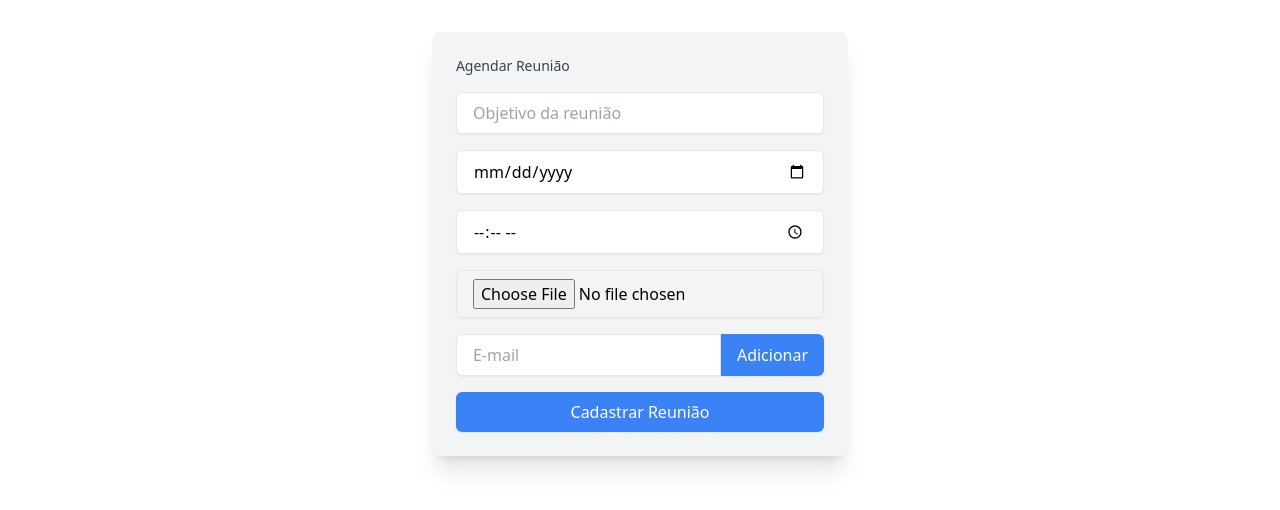
Repository: TamiBeira/meeting
Page: /
The author's editor kept a copy of each file at every save. The page is drawn from the files as they stood at one save, then again after a run of saves.
The browser window is 1280 px wide. The pictures show the whole page.
The project was rebuilt for these pictures with package versions that can differ from the ones it lists, and the page was loaded fresh each time. A package was used in the major version that the imports need, not the one package.json lists. Also part of the build but not shown: vite.config.ts, src/components/MeetingsView.tsx.

Above is the page before, as saved 2024-02-26 19:06:07.

After the next 3 saves:
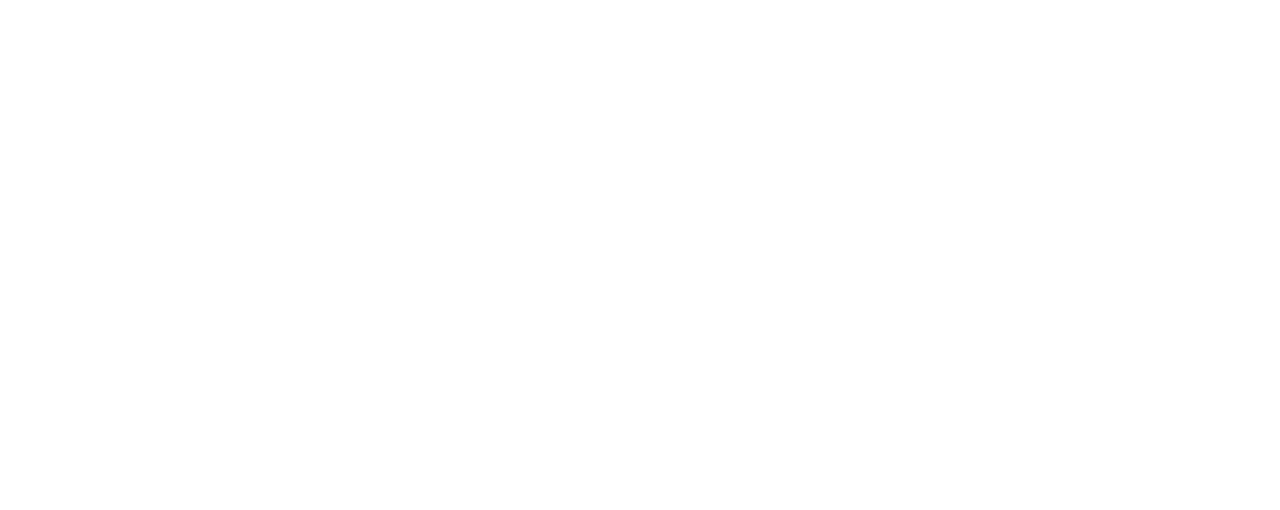
Console error (its wording comes from the project's code and is left out).
The 3 saves are shown as one change because 2 did not build or start.
The last was saved 78 s later.
--- a/src/app.tsx
+++ b/src/app.tsx
@@ -1,5 +1,4 @@
-import React from 'react';
-import { BrowserRouter as Router, Route, Switch } from 'react-router-dom';
+import { BrowserRouter as Router, Route } from 'react-router-dom';
 import { FormProvider } from './contexts/FormContext';
 import { Form } from './components/Form';
 import { MeetingsView } from './components/MeetingsView';
@@ -7,16 +6,14 @@
 export const App = () => {
   return (
     <Router>
-      <Switch>
-        <Route exact path="/">
-          <FormProvider>
-            <Form />
-          </FormProvider>
-        </Route>
-        <Route path="/meetings">
-          <MeetingsView />
-        </Route>
-      </Switch>
+      <Route exact path="/">
+        <FormProvider>
+          <Form />
+        </FormProvider>
+      </Route>
+      <Route path="/meetings">
+        <MeetingsView />
+      </Route>
     </Router>
   );
 };

After the save that followed:
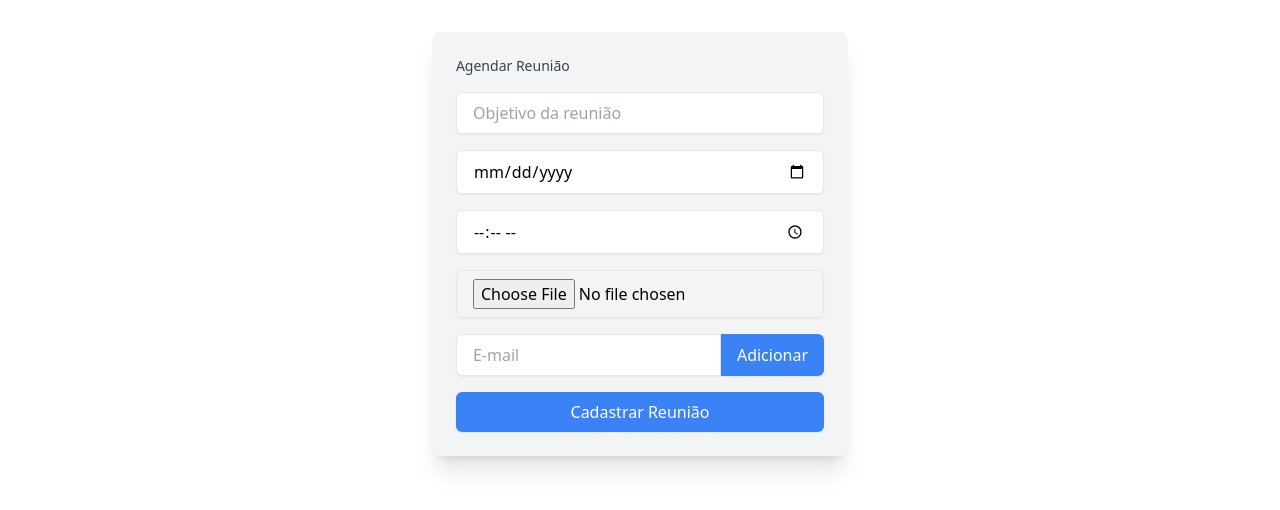
The error is gone.
Saved 38 s later.
--- a/src/app.tsx
+++ b/src/app.tsx
@@ -1,4 +1,5 @@
-import { BrowserRouter as Router, Route } from 'react-router-dom';
+import React from 'react';
+import { BrowserRouter as Router, Routes, Route } from 'react-router-dom';
 import { FormProvider } from './contexts/FormContext';
 import { Form } from './components/Form';
 import { MeetingsView } from './components/MeetingsView';
@@ -6,14 +7,10 @@
 export const App = () => {
   return (
     <Router>
-      <Route exact path="/">
-        <FormProvider>
-          <Form />
-        </FormProvider>
-      </Route>
-      <Route path="/meetings">
-        <MeetingsView />
-      </Route>
+      <Routes>
+        <Route path="/" element={<FormProvider><Form /></FormProvider>} />
+        <Route path="/meetings" element={<MeetingsView />} />
+      </Routes>
     </Router>
   );
 };
